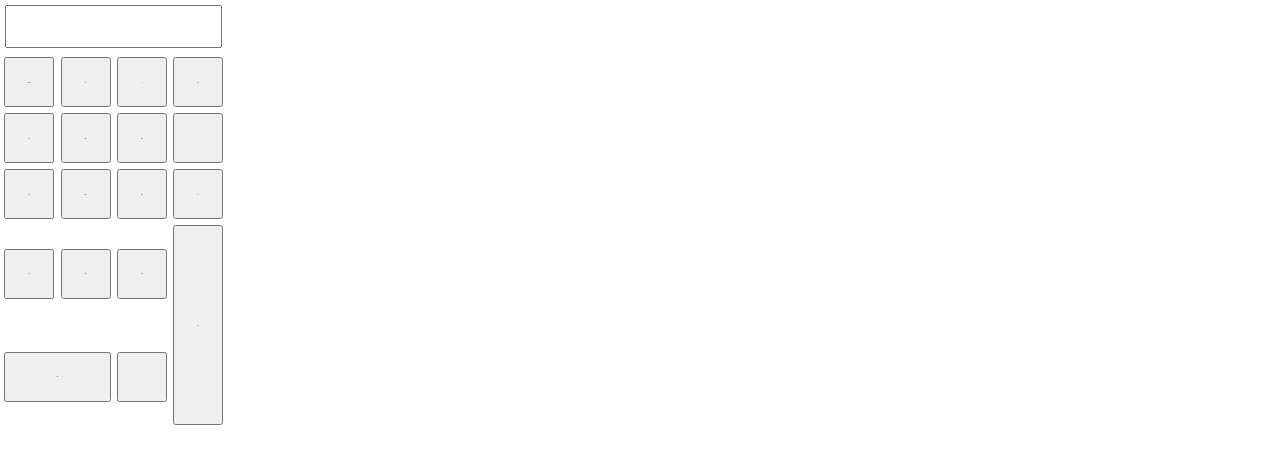
Repository: lacey-crenshaw/calculator
Page: index.html
An editor plug-in stored every save of this project. The page is shown before and after a run of saves, followed by the edit.
The browser window is 1280 px wide. The pictures show the whole page.

Above is the page before, as saved 2020-02-14 09:49:19.

After the next 2 saves:
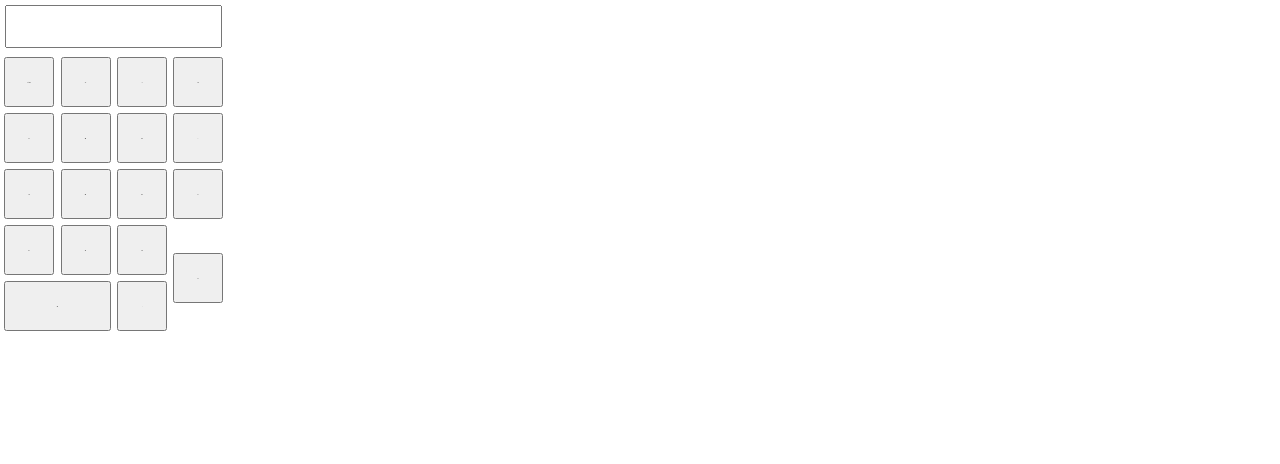
The 2 saves are shown as one change because they came seconds apart.
The last was saved 15 s later.
--- a/index.html
+++ b/index.html
@@ -36,7 +36,7 @@
                     <td><input class="button" type="button" value="x" onclick="insert('*')"> </td>
                 </tr>
                 <tr>
-                    <td><input class="button" type="button" value="7" onclick="insert(7)"> </td>
+                    <td><input class="button" type="button" value="7" onclick="insert(7)"></td>
                     <td><input class="button" type="button" value="8" onclick="insert(8)"> </td>
                     <td><input class="button" type="button" value="9" onclick="insert(9)"> </td>
                     <td><input class="button" type="button" value="-" onclick="insert('-')"> </td>
@@ -51,7 +51,7 @@
                     <td><input class="button" type="button" value="1" onclick="insert(1)"> </td>
                     <td><input class="button" type="button" value="2" onclick="insert(2)"> </td>
                     <td><input class="button" type="button" value="3" onclick="insert(3)"> </td>
-                    <td rowspan="2"><input class="button" style="height: 200" type="button" value="=" onclick="equal()"> </td>
+                    <td rowspan="2"><input class="button equal" type="button" value="=" onclick="equal()"> </td>
                 </tr>
                 <tr>
                     <td colspan="2"><input class="button" type="button" style="width: 107" value="0" onclick="insert(0)"> </td>
